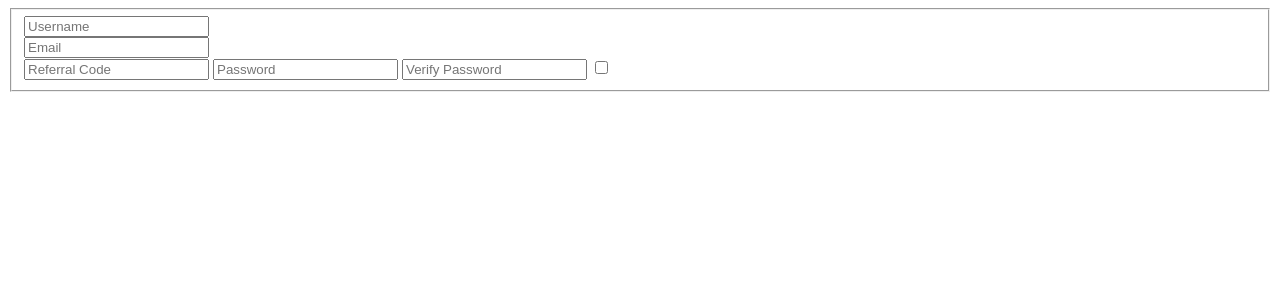
Repository: Malcolmt129/COSC484-assignment1
Page: tueats.html
An editor plug-in stored every save of this project. The page is shown before and after a run of saves, followed by the edit.
The browser window is 1280 px wide. The pictures show the whole page.

Above is the page before, as saved 2023-02-08 15:42:05.

### tueats.html
<html>
    <head>

    </head>

    <body>
        <form method="get" action="tueats_completed.html">
            <fieldset>
                <input type="text" name="username" placeholder="Username" required /><br>
                <input type="text" name="email" placeholder="Email" required /><br>
                <input type="text" name="referral code" placeholder="Referral Code" />
                <input type="password" name="password" placeholder="Password" required>
                <input type="text" name="password_verify" placeholder="Verify Password" required>
                <input type="checkbox" name="SignUp">

            </fieldset>
        </form>
    </body>
</html>

After the next 2 saves:
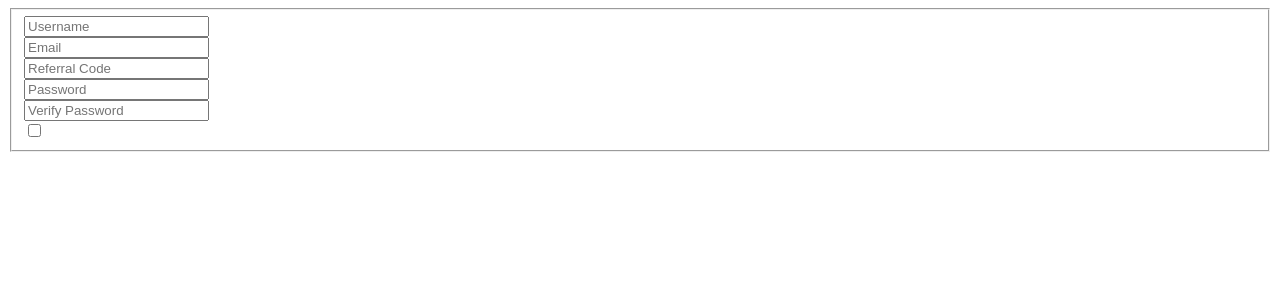
The 2 saves are shown as one change because they came seconds apart.
The last was saved 9 s later.
--- a/tueats.html
+++ b/tueats.html
@@ -8,9 +8,9 @@
             <fieldset>
                 <input type="text" name="username" placeholder="Username" required /><br>
                 <input type="text" name="email" placeholder="Email" required /><br>
-                <input type="text" name="referral code" placeholder="Referral Code" />
-                <input type="password" name="password" placeholder="Password" required>
-                <input type="text" name="password_verify" placeholder="Verify Password" required>
+                <input type="text" name="referral code" placeholder="Referral Code" /><br>
+                <input type="password" name="password" placeholder="Password" required><br>
+                <input type="text" name="password_verify" placeholder="Verify Password" required><br>
                 <input type="checkbox" name="SignUp">
 
             </fieldset>
